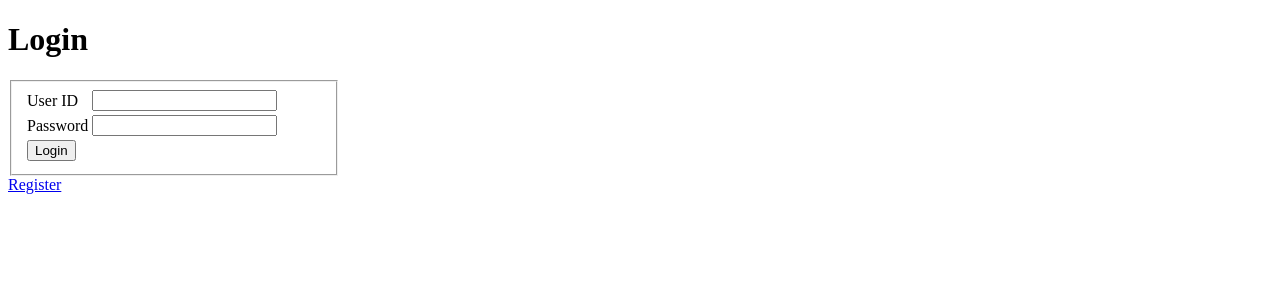
Repository: TeodorZlatev/Homework
Page: http://localhost/Web/
The author's editor kept a copy of each file at every save. The page is drawn from the files as they stood at one save, then again after the next save.
The browser window is 1280 px wide. The pictures show the whole page.
The page is served by Tomcat 9. Other server files are loaded and not shown.

Above is the page before, as saved 2016-04-22 23:23:09.

### HomeworkWeb/Web/WebContent/index.jsp
<%@ page language="java" contentType="text/html; charset=ISO-8859-1"
	pageEncoding="ISO-8859-1"%>
<!DOCTYPE html PUBLIC "-//W3C//DTD HTML 4.01 Transitional//EN" "http://www.w3.org/TR/html4/loose.dtd">
<html>
<meta http-equiv="content-type"
	content="text/html; charset=windows-1251" />
<title>Forum</title>
<body>
	<p>
	<h1>Login</h1>
	</p>
	<form action="Login" method="post">
		<fieldset style="width: 300px" onmousedown="color: black">
			<table>
				<tr>
					<td>User ID</td>
					<td><input type="text" name="username" /></td>
				</tr>
				<tr>
					<td>Password</td>
					<td><input type="password" name="password" /></td>
				</tr>
				<tr>
					<td><input type="submit" value="Login" /></td>
				</tr>
			</table>
		</fieldset>
		<a href="Register">Register</a>
	</form>
</body>
</html>

After the next save:
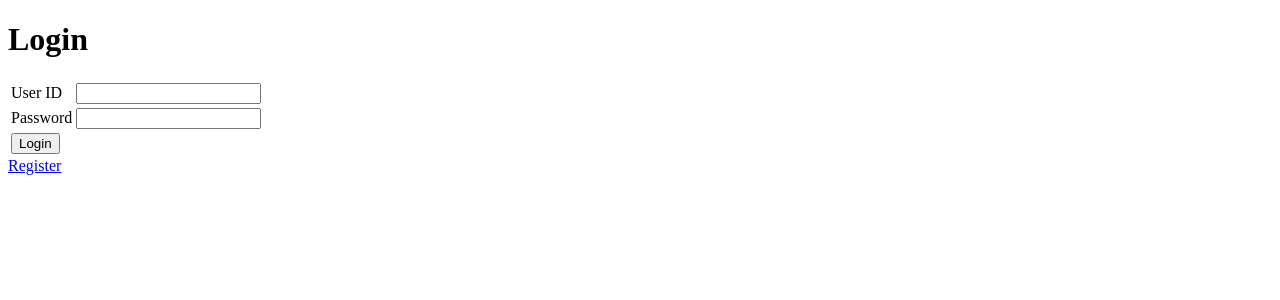
Saved 18 s later.
--- a/HomeworkWeb/Web/WebContent/index.jsp
+++ b/HomeworkWeb/Web/WebContent/index.jsp
@@ -10,7 +10,6 @@
 	<h1>Login</h1>
 	</p>
 	<form action="Login" method="post">
-		<fieldset style="width: 300px" onmousedown="color: black">
 			<table>
 				<tr>
 					<td>User ID</td>
@@ -24,7 +23,6 @@
 					<td><input type="submit" value="Login" /></td>
 				</tr>
 			</table>
-		</fieldset>
 		<a href="Register">Register</a>
 	</form>
 </body>
